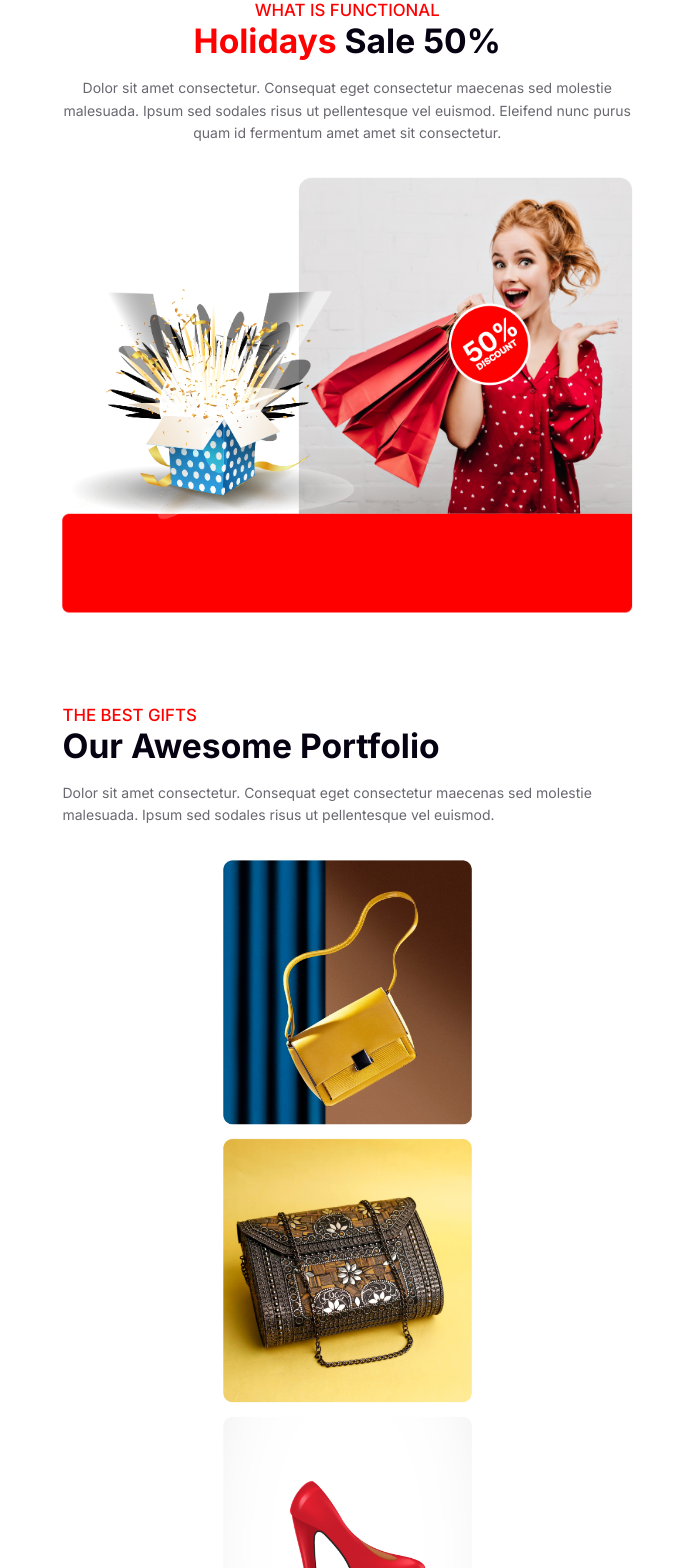
Repository: ShouravAhammed/simple-responsive-new-year
Page: index.html
These files come from the project's save history. The page is drawn as it stood at one moment and after the next save; the edit follows.
The browser window is 992 px wide. The pictures show the part of the page from y = 0 to 2240 px (the page is 5046 px tall), at 70% of full size.

Above is the page before, as saved 2024-01-11 18:37:06.

After the next save:
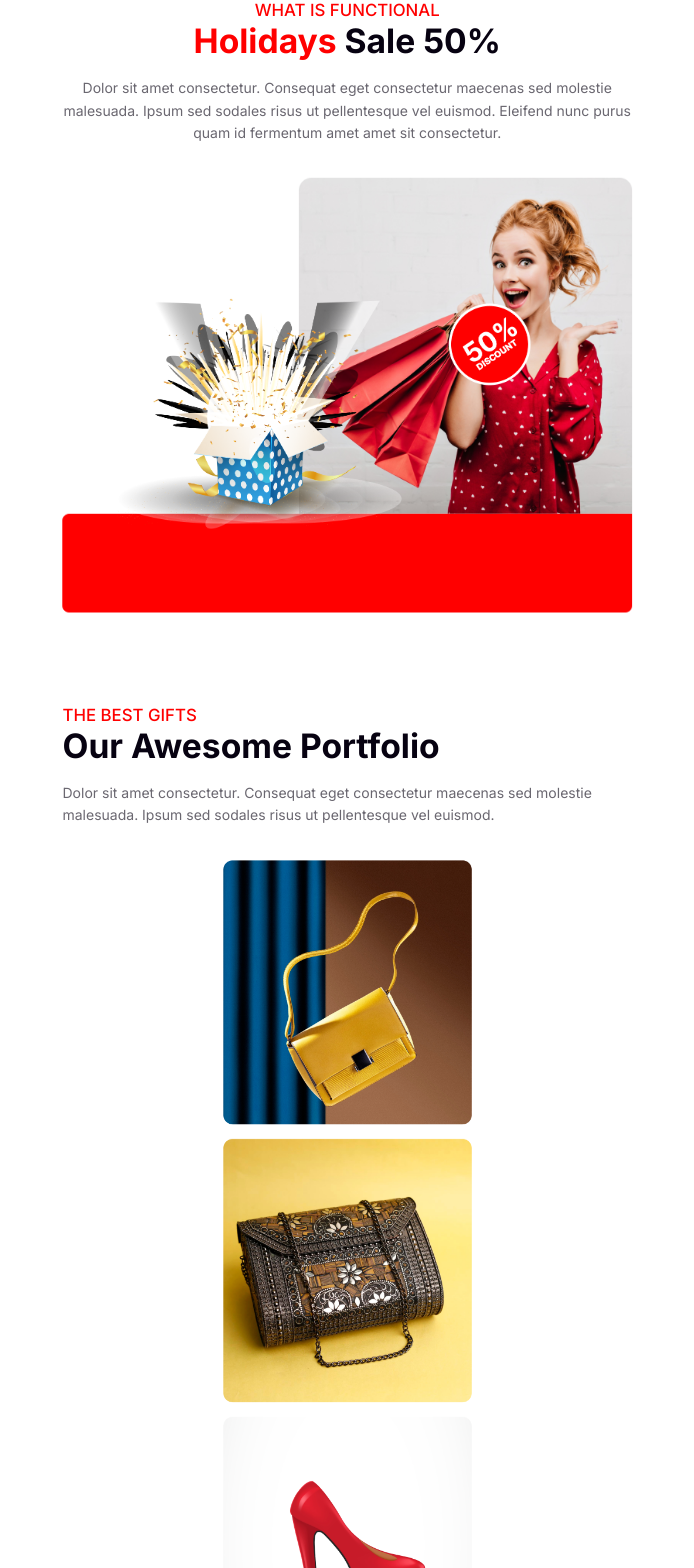
Saved 45 s later.
--- a/Style/style.css
+++ b/Style/style.css
@@ -610,8 +610,8 @@
 
     .holiday-back-img .holiday-gift-content {
         width: 100%;
-        bottom: -90px;
-        left: 10px;
+        bottom: -104px;
+        left: 78px;
     }
     .holiday-back-img .holiday-discount-content img {
         max-width: 40%;
